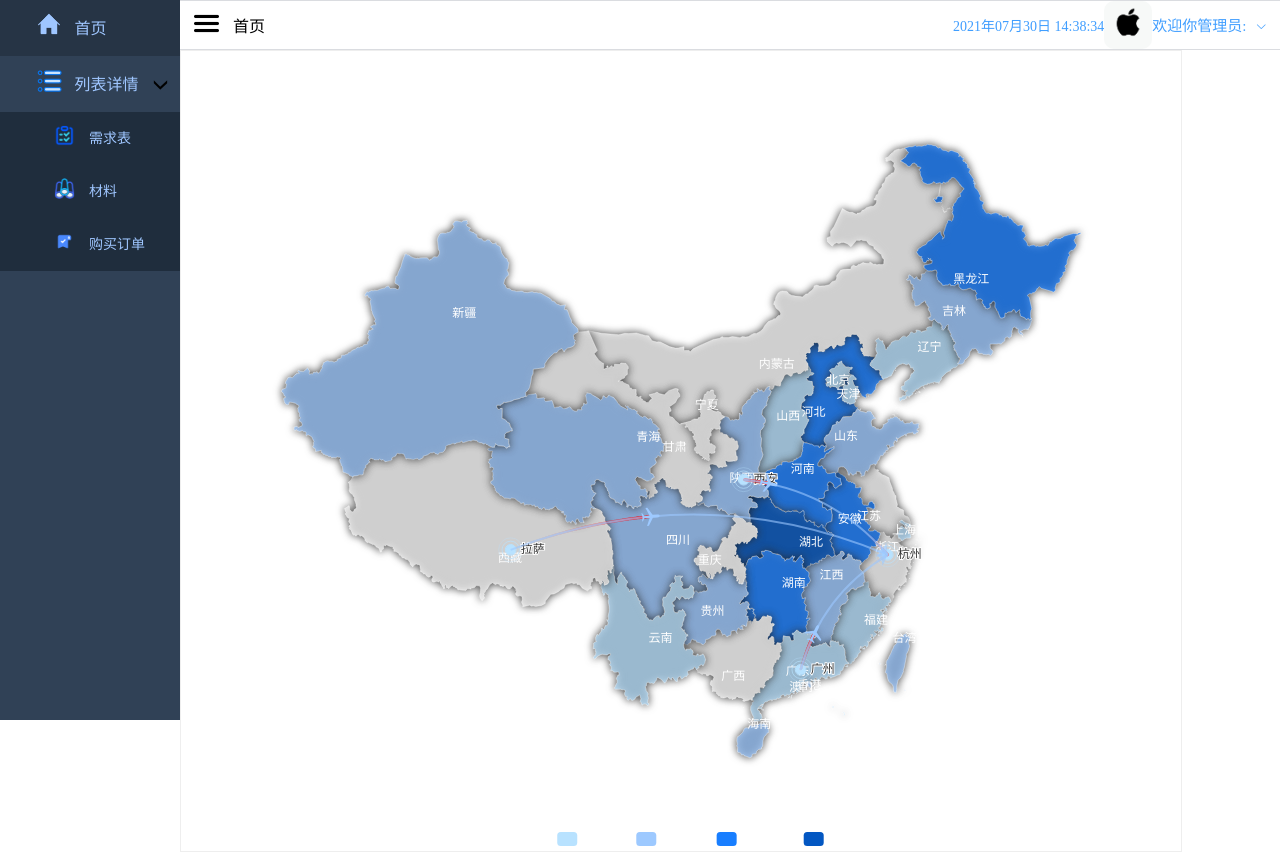
Repository: 572031690/fwwb-proj
Page: /#/home/body
These files come from the project's save history. The page is drawn as it stood at one moment and after the next save; the edit follows.
The browser window is 1280 px wide. The pictures show the whole page.
The project was rebuilt for these pictures with package versions that can differ from the ones it lists, and the page was loaded fresh each time. Also part of the build but not shown: vue.config.js, src/unusercom/EditData.vue, src/components/Adddata.vue, src/view/home/User.vue, src/view/home/Item.vue, src/view/home/Buy.vue, src/components/Test.vue, src/components/ValidateCode.vue and 1 more.

Above is the page before, as saved 2021-08-13 12:51:08.

After the next save:
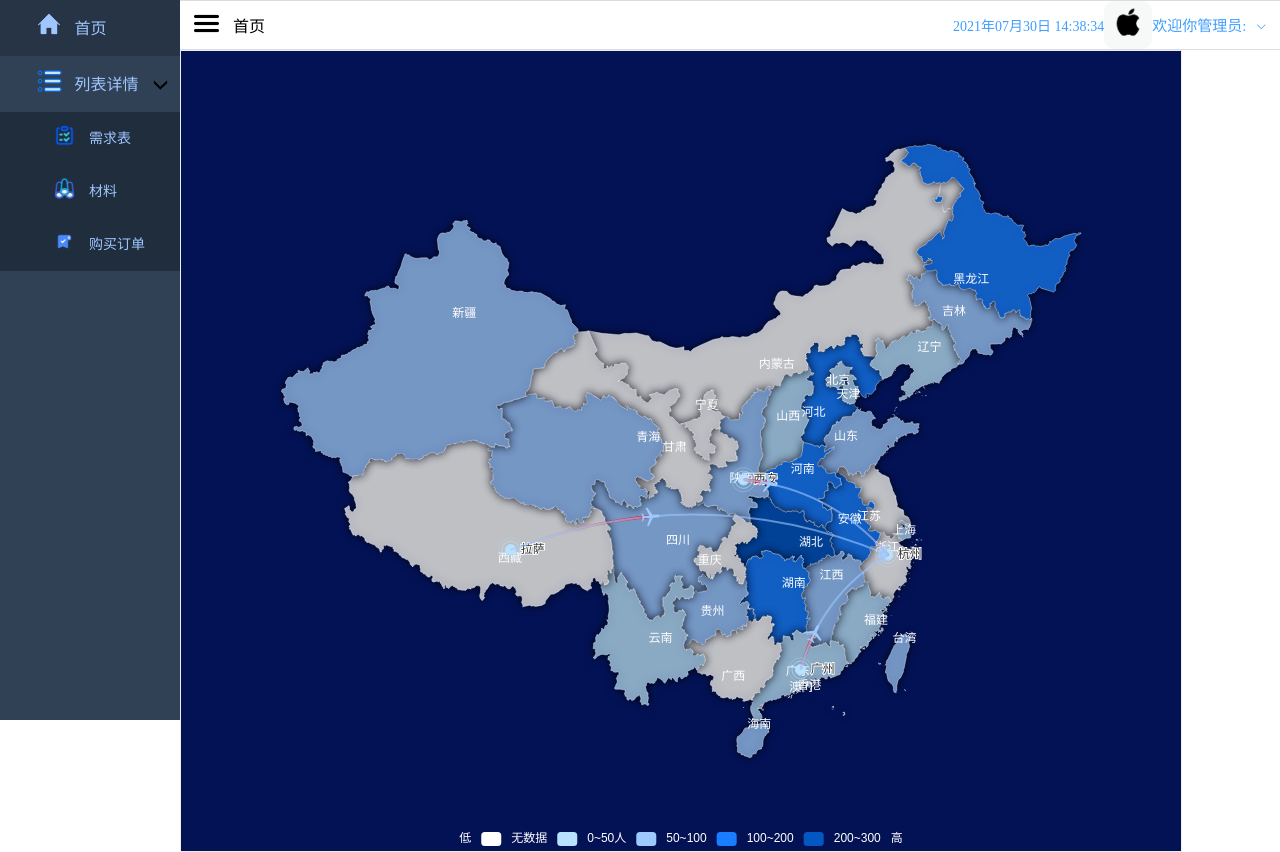
Saved 38 s later.
--- a/src/view/home/HomeWel.vue
+++ b/src/view/home/HomeWel.vue
@@ -5,7 +5,7 @@
         </div> -->
     <div
       ref="map_ref"
-      style="width: 1000px;height:800px;background-color:white;border: 1px solid #eee;"
+      style="width: 1000px;height:800px;background-color:#031255;border: 1px solid #eee;"
     ></div>
   </div>
 </template>
@@ -241,6 +241,14 @@ export default {
                 }
               }
             },
+            // itemStyle: {
+            //   normal: {
+            //     color: '#46bee9'
+            //   },
+            //   emphasis: {
+            //     areaColor: "#2B91B7"
+            //   }
+            // },
             tooltip: {
               textStyle: {
                 fontSize: 10
@@ -253,6 +261,8 @@ export default {
           }
         ],
         visualMap: {
+          // 渐变分层显示
+          // type: 'continuous',   // 连续渐变
           type: "piecewise", // 分层
           min: 0,
           max: 300,
@@ -260,11 +270,19 @@ export default {
           showLabel: true, // 是否显示每项的文本标签
           orient: "horizontal", // 图例排列方向 水平horizontal 垂直vertical
           left: "center",
+          // indicatorStyle: {
+          //   borderColor:'red',
+          //   borderWidth: 1,
+          // },
           textStyle: {
             // 设置文字颜色（Demo左下组件）
             color: "white",
             fontSize: 12
           },
+          // inRange: {
+          //   color: ['#B8E2FF','#9DC9FF','#6CADFF','#187EFF', '#0357C2'] // 控制颜色渐变的范围
+          // },
+
           pieces: [
             // 自定义『分段式视觉映射组件（visualMapPiecewise）』的每一段的范围，以及每一段的文字，以及每一段的特别的样式
             { gt: 200, lte: 300, label: "200~300", color: "#0357C2" }, // (500, 900]
